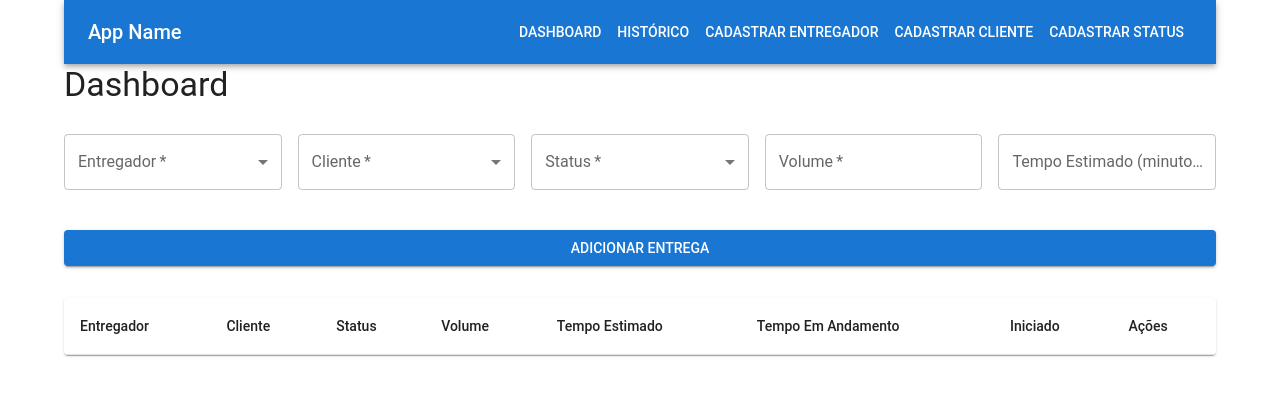
Repository: feliperanon/mobilegestao
Page: /dashboard (app in frontend/)
An editor plug-in stored every save of this project. The page is shown before and after the next save, followed by the edit.
The browser window is 1280 px wide. The pictures show the whole page.
The page's requests for data from a server got no answer. The project was rebuilt for these pictures with package versions that can differ from the ones it lists, and the page was loaded fresh each time. No one was signed in, and anything a server would have sent is missing. Also part of the build but not shown: frontend/webpack.config.js, frontend/src/pages/Home.js, frontend/src/pages/History.js, frontend/src/pages/Analysis.js, frontend/src/components/Login.js, frontend/src/components/Register.js, frontend/src/components/AddEntregador.js, frontend/src/components/AddCliente.js and 1 more.

Above is the page before, as saved 2024-07-14 21:47:04.

After the next save:
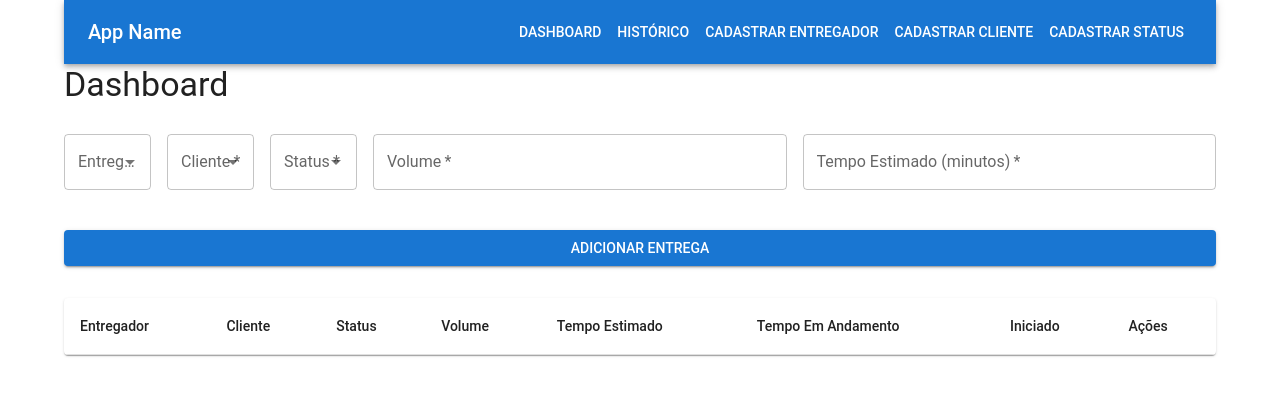
Saved 5 min 39 s later.
--- a/frontend/src/components/Dashboard.js
+++ b/frontend/src/components/Dashboard.js
@@ -13,7 +13,6 @@
   TableHead,
   TableRow,
   Paper,
-  MenuItem,
   IconButton,
   Dialog,
   DialogActions,
@@ -21,6 +20,7 @@
   DialogContentText,
   DialogTitle,
 } from '@mui/material';
+import { Autocomplete } from '@mui/material';
 import EditIcon from '@mui/icons-material/Edit';
 import DeleteIcon from '@mui/icons-material/Delete';
 import DoneIcon from '@mui/icons-material/Done';
@@ -31,14 +31,14 @@
   const [entregadores, setEntregadores] = useState([]);
   const [clientes, setClientes] = useState([]);
   const [statusList, setStatusList] = useState([]);
-  const [entregador, setEntregador] = useState('');
-  const [cliente, setCliente] = useState('');
-  const [status, setStatus] = useState('');
+  const [entregador, setEntregador] = useState(null);
+  const [cliente, setCliente] = useState([]);
+  const [status, setStatus] = useState(null);
   const [volume, setVolume] = useState('');
   const [tempoEstimado, setTempoEstimado] = useState('');
   const [editDialogOpen, setEditDialogOpen] = useState(false);
   const [editDeliveryId, setEditDeliveryId] = useState(null);
-  const [editEntregador, setEditEntregador] = useState('');
+  const [editEntregador, setEditEntregador] = useState(null);
 
   useEffect(() => {
     const fetchData = async () => {
@@ -77,9 +77,9 @@
     e.preventDefault();
     try {
       const res = await axios.post('http://localhost:5008/api/deliveries', {
-        entregador,
-        cliente,
-        status,
+        entregador: entregador.nome,
+        cliente: cliente.map(c => c.nome),
+        status: status.nome,
         volume,
         tempoEstimado,
       });
@@ -87,9 +87,9 @@
         ...res.data,
         tempoEmAndamento: 0
       }, ...deliveries]);
-      setEntregador('');
-      setCliente('');
-      setStatus('');
+      setEntregador(null);
+      setCliente([]);
+      setStatus(null);
       setVolume('');
       setTempoEstimado('');
     } catch (err) {
@@ -100,14 +100,14 @@
   const handleEditSubmit = async (e) => {
     e.preventDefault();
     try {
-      await axios.patch(`http://localhost:5008/api/deliveries/${editDeliveryId}`, { entregador: editEntregador });
+      await axios.patch(`http://localhost:5008/api/deliveries/${editDeliveryId}`, { entregador: editEntregador.nome });
       const updatedDeliveries = deliveries.map((delivery) =>
-        delivery._id === editDeliveryId ? { ...delivery, entregador: editEntregador } : delivery
+        delivery._id === editDeliveryId ? { ...delivery, entregador: editEntregador.nome } : delivery
       );
       setDeliveries(updatedDeliveries);
       setEditDialogOpen(false);
       setEditDeliveryId(null);
-      setEditEntregador('');
+      setEditEntregador(null);
     } catch (err) {
       console.error(err);
     }
@@ -142,7 +142,7 @@
   const closeEditDialog = () => {
     setEditDialogOpen(false);
     setEditDeliveryId(null);
-    setEditEntregador('');
+    setEditEntregador(null);
   };
 
   return (
@@ -152,54 +152,28 @@
         Dashboard
       </Typography>
       <Box component="form" onSubmit={handleSubmit} sx={{ mb: 4, display: 'flex', flexDirection: 'row', flexWrap: 'wrap', gap: 2 }}>
-        <TextField
-          select
-          label="Entregador"
+        <Autocomplete
+          options={entregadores}
+          getOptionLabel={(option) => option.nome}
           value={entregador}
-          onChange={(e) => setEntregador(e.target.value)}
-          fullWidth
-          required
-          margin="normal"
-          sx={{ flex: 1 }}
-        >
-          {entregadores.map((ent) => (
-            <MenuItem key={ent._id} value={ent.nome}>
-              {ent.nome}
-            </MenuItem>
-          ))}
-        </TextField>
-        <TextField
-          select
-          label="Cliente"
+          onChange={(event, newValue) => setEntregador(newValue)}
+          renderInput={(params) => <TextField {...params} label="Entregador" fullWidth required margin="normal" sx={{ flex: 2 }} />}
+        />
+        <Autocomplete
+          multiple
+          options={clientes}
+          getOptionLabel={(option) => option.nome}
           value={cliente}
-          onChange={(e) => setCliente(e.target.value)}
-          fullWidth
-          required
-          margin="normal"
-          sx={{ flex: 1 }}
-        >
-          {clientes.map((cli) => (
-            <MenuItem key={cli._id} value={cli.nome}>
-              {cli.nome}
-            </MenuItem>
-          ))}
-        </TextField>
-        <TextField
-          select
-          label="Status"
+          onChange={(event, newValue) => setCliente(newValue)}
+          renderInput={(params) => <TextField {...params} label="Cliente" fullWidth required margin="normal" sx={{ flex: 2 }} />}
+        />
+        <Autocomplete
+          options={statusList}
+          getOptionLabel={(option) => option.nome}
           value={status}
-          onChange={(e) => setStatus(e.target.value)}
-          fullWidth
-          required
-          margin="normal"
-          sx={{ flex: 1 }}
-        >
-          {statusList.map((stat) => (
-            <MenuItem key={stat._id} value={stat.nome}>
-              {stat.nome}
-            </MenuItem>
-          ))}
-        </TextField>
+          onChange={(event, newValue) => setStatus(newValue)}
+          renderInput={(params) => <TextField {...params} label="Status" fullWidth required margin="normal" sx={{ flex: 1 }} />}
+        />
         <TextField
           label="Volume"
           type="number"
@@ -242,7 +216,7 @@
             {deliveries.map((delivery) => (
               <TableRow key={delivery._id}>
                 <TableCell>{delivery.entregador}</TableCell>
-                <TableCell>{delivery.cliente}</TableCell>
+                <TableCell>{delivery.cliente.join(', ')}</TableCell>
                 <TableCell>{delivery.status}</TableCell>
                 <TableCell>{delivery.volume}</TableCell>
                 <TableCell>{delivery.tempoEstimado}</TableCell>
@@ -269,21 +243,13 @@
         <DialogTitle>Editar Entregador</DialogTitle>
         <DialogContent>
           <DialogContentText>Selecione um novo entregador para a entrega.</DialogContentText>
-          <TextField
-            select
-            label="Entregador"
+          <Autocomplete
+            options={entregadores}
+            getOptionLabel={(option) => option.nome}
             value={editEntregador}
-            onChange={(e) => setEditEntregador(e.target.value)}
-            fullWidth
-            required
-            margin="normal"
-          >
-            {entregadores.map((ent) => (
-              <MenuItem key={ent._id} value={ent.nome}>
-                {ent.nome}
-              </MenuItem>
-            ))}
-          </TextField>
+            onChange={(event, newValue) => setEditEntregador(newValue)}
+            renderInput={(params) => <TextField {...params} label="Entregador" fullWidth required margin="normal" />}
+          />
         </DialogContent>
         <DialogActions>
           <Button onClick={closeEditDialog}>Cancelar</Button>

After the 2 saves that followed:
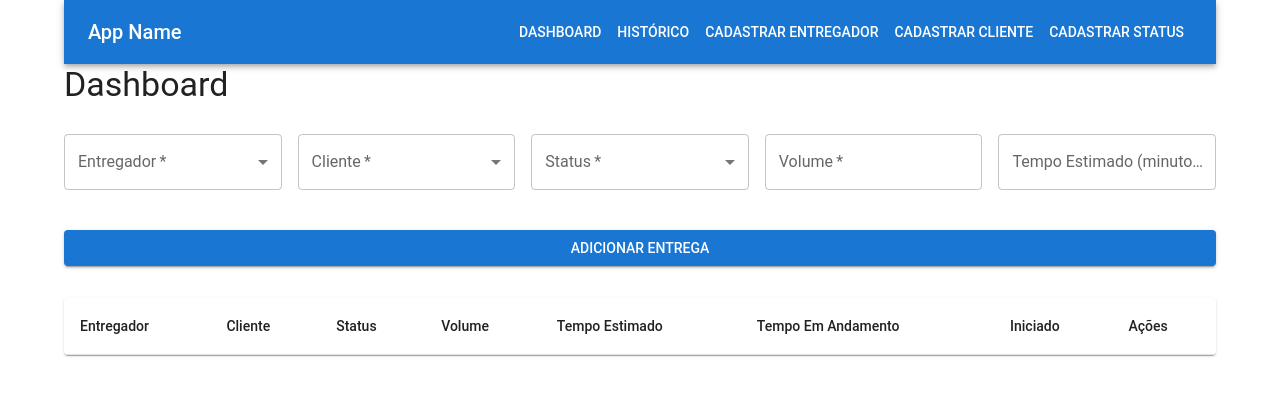
The 2 saves are shown as one change because 1 left the picture as it was.
The last was saved 11 min 19 s later.
--- a/frontend/src/components/Dashboard.js
+++ b/frontend/src/components/Dashboard.js
@@ -13,6 +13,7 @@
   TableHead,
   TableRow,
   Paper,
+  MenuItem,
   IconButton,
   Dialog,
   DialogActions,
@@ -20,7 +21,6 @@
   DialogContentText,
   DialogTitle,
 } from '@mui/material';
-import { Autocomplete } from '@mui/material';
 import EditIcon from '@mui/icons-material/Edit';
 import DeleteIcon from '@mui/icons-material/Delete';
 import DoneIcon from '@mui/icons-material/Done';
@@ -31,14 +31,14 @@
   const [entregadores, setEntregadores] = useState([]);
   const [clientes, setClientes] = useState([]);
   const [statusList, setStatusList] = useState([]);
-  const [entregador, setEntregador] = useState(null);
-  const [cliente, setCliente] = useState([]);
-  const [status, setStatus] = useState(null);
+  const [entregador, setEntregador] = useState('');
+  const [cliente, setCliente] = useState('');
+  const [status, setStatus] = useState('');
   const [volume, setVolume] = useState('');
   const [tempoEstimado, setTempoEstimado] = useState('');
   const [editDialogOpen, setEditDialogOpen] = useState(false);
   const [editDeliveryId, setEditDeliveryId] = useState(null);
-  const [editEntregador, setEditEntregador] = useState(null);
+  const [editEntregador, setEditEntregador] = useState('');
 
   useEffect(() => {
     const fetchData = async () => {
@@ -77,9 +77,9 @@
     e.preventDefault();
     try {
       const res = await axios.post('http://localhost:5008/api/deliveries', {
-        entregador: entregador.nome,
-        cliente: cliente.map(c => c.nome),
-        status: status.nome,
+        entregador,
+        cliente,
+        status,
         volume,
         tempoEstimado,
       });
@@ -87,9 +87,9 @@
         ...res.data,
         tempoEmAndamento: 0
       }, ...deliveries]);
-      setEntregador(null);
-      setCliente([]);
-      setStatus(null);
+      setEntregador('');
+      setCliente('');
+      setStatus('');
       setVolume('');
       setTempoEstimado('');
     } catch (err) {
@@ -100,14 +100,14 @@
   const handleEditSubmit = async (e) => {
     e.preventDefault();
     try {
-      await axios.patch(`http://localhost:5008/api/deliveries/${editDeliveryId}`, { entregador: editEntregador.nome });
+      await axios.patch(`http://localhost:5008/api/deliveries/${editDeliveryId}`, { entregador: editEntregador });
       const updatedDeliveries = deliveries.map((delivery) =>
-        delivery._id === editDeliveryId ? { ...delivery, entregador: editEntregador.nome } : delivery
+        delivery._id === editDeliveryId ? { ...delivery, entregador: editEntregador } : delivery
       );
       setDeliveries(updatedDeliveries);
       setEditDialogOpen(false);
       setEditDeliveryId(null);
-      setEditEntregador(null);
+      setEditEntregador('');
     } catch (err) {
       console.error(err);
     }
@@ -142,7 +142,7 @@
   const closeEditDialog = () => {
     setEditDialogOpen(false);
     setEditDeliveryId(null);
-    setEditEntregador(null);
+    setEditEntregador('');
   };
 
   return (
@@ -152,28 +152,54 @@
         Dashboard
       </Typography>
       <Box component="form" onSubmit={handleSubmit} sx={{ mb: 4, display: 'flex', flexDirection: 'row', flexWrap: 'wrap', gap: 2 }}>
-        <Autocomplete
-          options={entregadores}
-          getOptionLabel={(option) => option.nome}
+        <TextField
+          select
+          label="Entregador"
           value={entregador}
-          onChange={(event, newValue) => setEntregador(newValue)}
-          renderInput={(params) => <TextField {...params} label="Entregador" fullWidth required margin="normal" sx={{ flex: 2 }} />}
-        />
-        <Autocomplete
-          multiple
-          options={clientes}
-          getOptionLabel={(option) => option.nome}
+          onChange={(e) => setEntregador(e.target.value)}
+          fullWidth
+          required
+          margin="normal"
+          sx={{ flex: 1 }}
+        >
+          {entregadores.map((ent) => (
+            <MenuItem key={ent._id} value={ent.nome}>
+              {ent.nome}
+            </MenuItem>
+          ))}
+        </TextField>
+        <TextField
+          select
+          label="Cliente"
           value={cliente}
-          onChange={(event, newValue) => setCliente(newValue)}
-          renderInput={(params) => <TextField {...params} label="Cliente" fullWidth required margin="normal" sx={{ flex: 2 }} />}
-        />
-        <Autocomplete
-          options={statusList}
-          getOptionLabel={(option) => option.nome}
+          onChange={(e) => setCliente(e.target.value)}
+          fullWidth
+          required
+          margin="normal"
+          sx={{ flex: 1 }}
+        >
+          {clientes.map((cli) => (
+            <MenuItem key={cli._id} value={cli.nome}>
+              {cli.nome}
+            </MenuItem>
+          ))}
+        </TextField>
+        <TextField
+          select
+          label="Status"
           value={status}
-          onChange={(event, newValue) => setStatus(newValue)}
-          renderInput={(params) => <TextField {...params} label="Status" fullWidth required margin="normal" sx={{ flex: 1 }} />}
-        />
+          onChange={(e) => setStatus(e.target.value)}
+          fullWidth
+          required
+          margin="normal"
+          sx={{ flex: 1 }}
+        >
+          {statusList.map((stat) => (
+            <MenuItem key={stat._id} value={stat.nome}>
+              {stat.nome}
+            </MenuItem>
+          ))}
+        </TextField>
         <TextField
           label="Volume"
           type="number"
@@ -216,7 +242,7 @@
             {deliveries.map((delivery) => (
               <TableRow key={delivery._id}>
                 <TableCell>{delivery.entregador}</TableCell>
-                <TableCell>{delivery.cliente.join(', ')}</TableCell>
+                <TableCell>{delivery.cliente}</TableCell>
                 <TableCell>{delivery.status}</TableCell>
                 <TableCell>{delivery.volume}</TableCell>
                 <TableCell>{delivery.tempoEstimado}</TableCell>
@@ -243,13 +269,21 @@
         <DialogTitle>Editar Entregador</DialogTitle>
         <DialogContent>
           <DialogContentText>Selecione um novo entregador para a entrega.</DialogContentText>
-          <Autocomplete
-            options={entregadores}
-            getOptionLabel={(option) => option.nome}
+          <TextField
+            select
+            label="Entregador"
             value={editEntregador}
-            onChange={(event, newValue) => setEditEntregador(newValue)}
-            renderInput={(params) => <TextField {...params} label="Entregador" fullWidth required margin="normal" />}
-          />
+            onChange={(e) => setEditEntregador(e.target.value)}
+            fullWidth
+            required
+            margin="normal"
+          >
+            {entregadores.map((ent) => (
+              <MenuItem key={ent._id} value={ent.nome}>
+                {ent.nome}
+              </MenuItem>
+            ))}
+          </TextField>
         </DialogContent>
         <DialogActions>
           <Button onClick={closeEditDialog}>Cancelar</Button>
